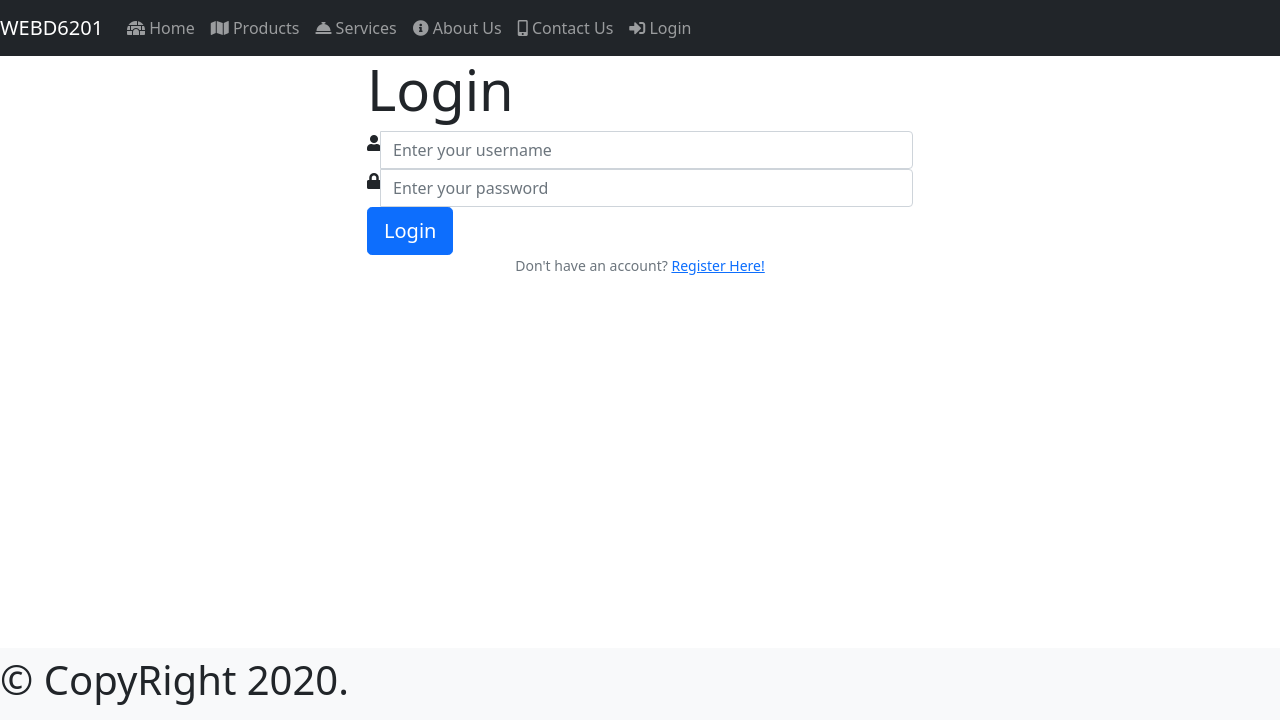
Repository: Sub4Sub/Ice-3
Page: login.html
These files come from the project's save history. The page is drawn as it stood at one moment and after the next save; the edit follows.
The browser window is 1280 px wide. The pictures show the whole page.

Above is the page before, as saved 2021-02-13 23:34:40.
Console error: ReferenceError: core is not defined

After the next save:
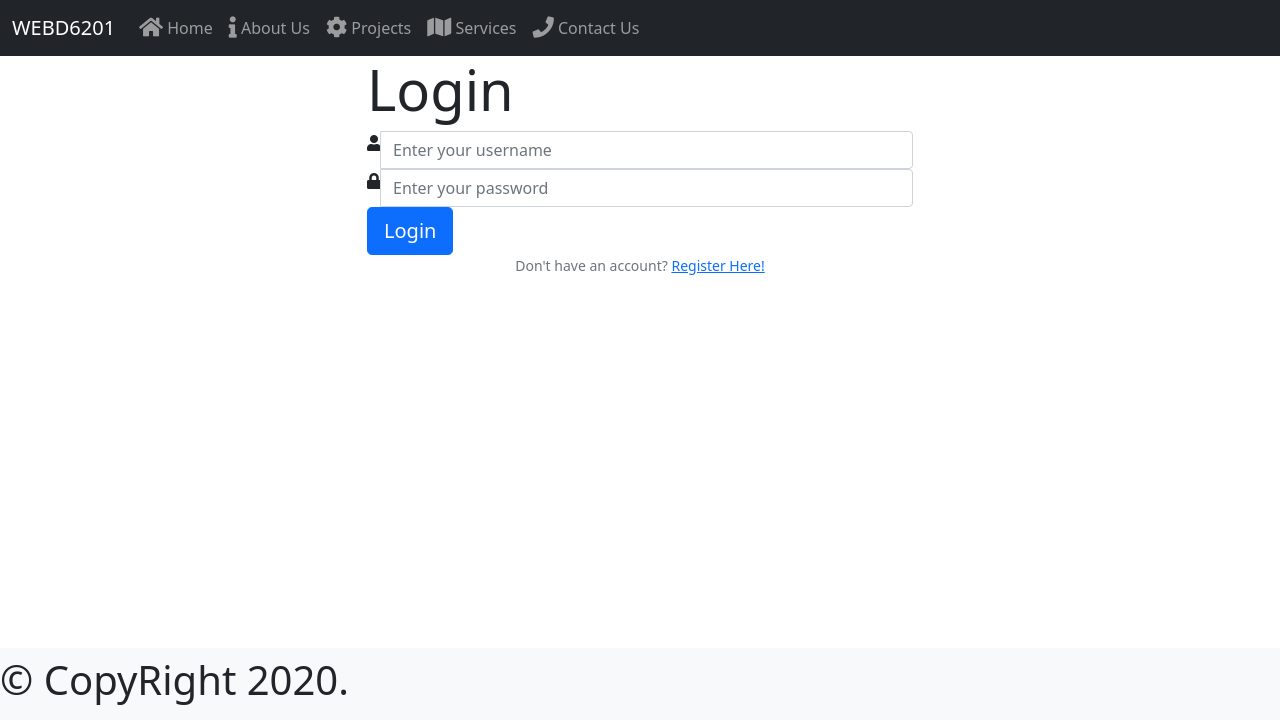
Saved 54 s later.
--- a/login.html
+++ b/login.html
@@ -11,23 +11,40 @@
     <title>Login</title>
 </head>
 <body>
-    <!-- Main Nav -->
+  <header>
+    <!-- Main Navigation -->
     <nav class="navbar navbar-expand-lg navbar-dark bg-dark">
-        <a class="navbar-brand" href="#">WEBD6201</a>
-        <button class="navbar-toggler" type="button" data-toggle="collapse" data-target="#navbarSupportedContent" aria-controls="navbarSupportedContent" aria-expanded="false" aria-label="Toggle navigation">
-          <span class="navbar-toggler-icon"></span>
-        </button>
+        <div class="container-fluid">
+          <a class="navbar-brand" href="index.html">WEBD6201</a>
+          <button class="navbar-toggler" type="button" data-bs-toggle="collapse" data-bs-target="#navbarSupportedContent" aria-controls="navbarSupportedContent" aria-expanded="false" aria-label="Toggle navigation">
+            <span class="navbar-toggler-icon"></span>
+          </button>
+          <div class="collapse navbar-collapse" id="navbarSupportedContent">
+            <ul class="navbar-nav me-auto mb-2 mb-lg-0">
+              <li class="nav-item">
+                <a class="nav-link" aria-current="page" href="index.html"><i class="fas fa-home fa-lg"></i> Home</a>
+              </li>
 
-        <div class="collapse navbar-collapse" id="navbarSupportedContent">
-          <ul class="navbar-nav ml-auto">
-            <li id="home" class="nav-item"><a class="nav-link" href="index.html"><i class="fas fa-igloo"></i> Home</a></li>
-            <li id="products" class="nav-item"><a class="nav-link" href="products.html"><i class="fas fa-map"></i> Products</a></li>
-            <li id="services" class="nav-item"><a class="nav-link" href="services.html"><i class="fas fa-concierge-bell"></i> Services</a></li>
-            <li id="about" class="nav-item"><a class="nav-link" href="about.html"><i class="fas fa-info-circle"></i> About Us</a></li>
-            <li id="contact" class="nav-item"><a class="nav-link" href="contact.html"><i class="fas fa-mobile-alt"></i> Contact Us</a></li>
-            <li id="login" class="nav-item"><a class="nav-link" href="login.html"><i class="fas fa-sign-in-alt"></i> Login</a></li>
+              <li class="nav-item">
+                <a class="nav-link" aria-current="page" href="about.html"><i class="fas fa-info fa-lg"></i> About Us</a>
+              </li>
+
+              <li class="nav-item">
+                <a class="nav-link" aria-current="page" href="projects.html"><i class="fas fa-cog fa-lg"></i> Projects</a>
+              </li>
+
+              <li class="nav-item">
+                <a class="nav-link" aria-current="page" href="services.html"><i class="fas fa-map fa-lg"></i> Services</a>
+              </li>
+
+              <li class="nav-item">
+                <a class="nav-link" aria-current="page" href="contact.html"><i class="fas fa-phone fa-lg"></i> Contact Us</a>
+              </li>
+            </ul>
+          </div>
         </div>
       </nav>
+    </header>
 
       <!-- Main Content -->
       <main class="container" id="mainContent">
